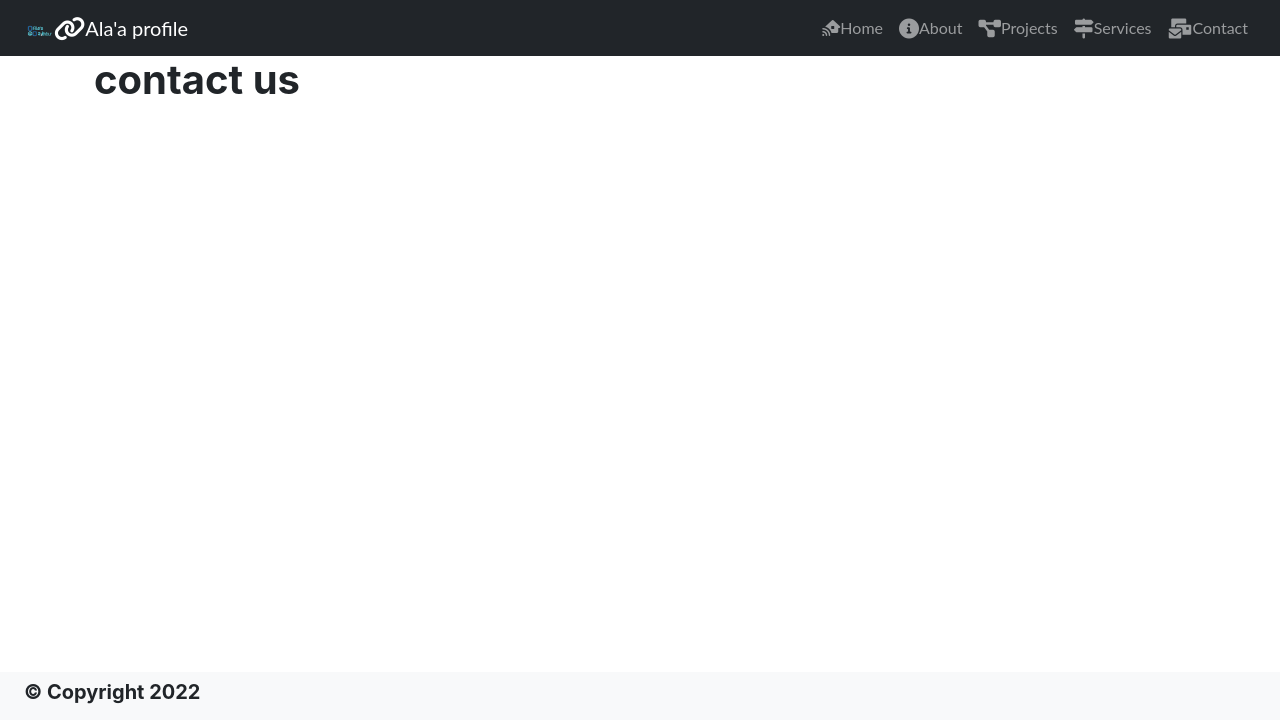
Repository: alaakhdour/heroukulivesite-section1
Page: http://localhost/contact
The author's editor kept a copy of each file at every save. The page is drawn from the files as they stood at one save, then again after the next save.
The browser window is 1280 px wide. The pictures show the whole page.
The page is served by the project's Node server (server.js).

Above is the page before, as saved 2022-06-17 08:21:53.

After the next save:
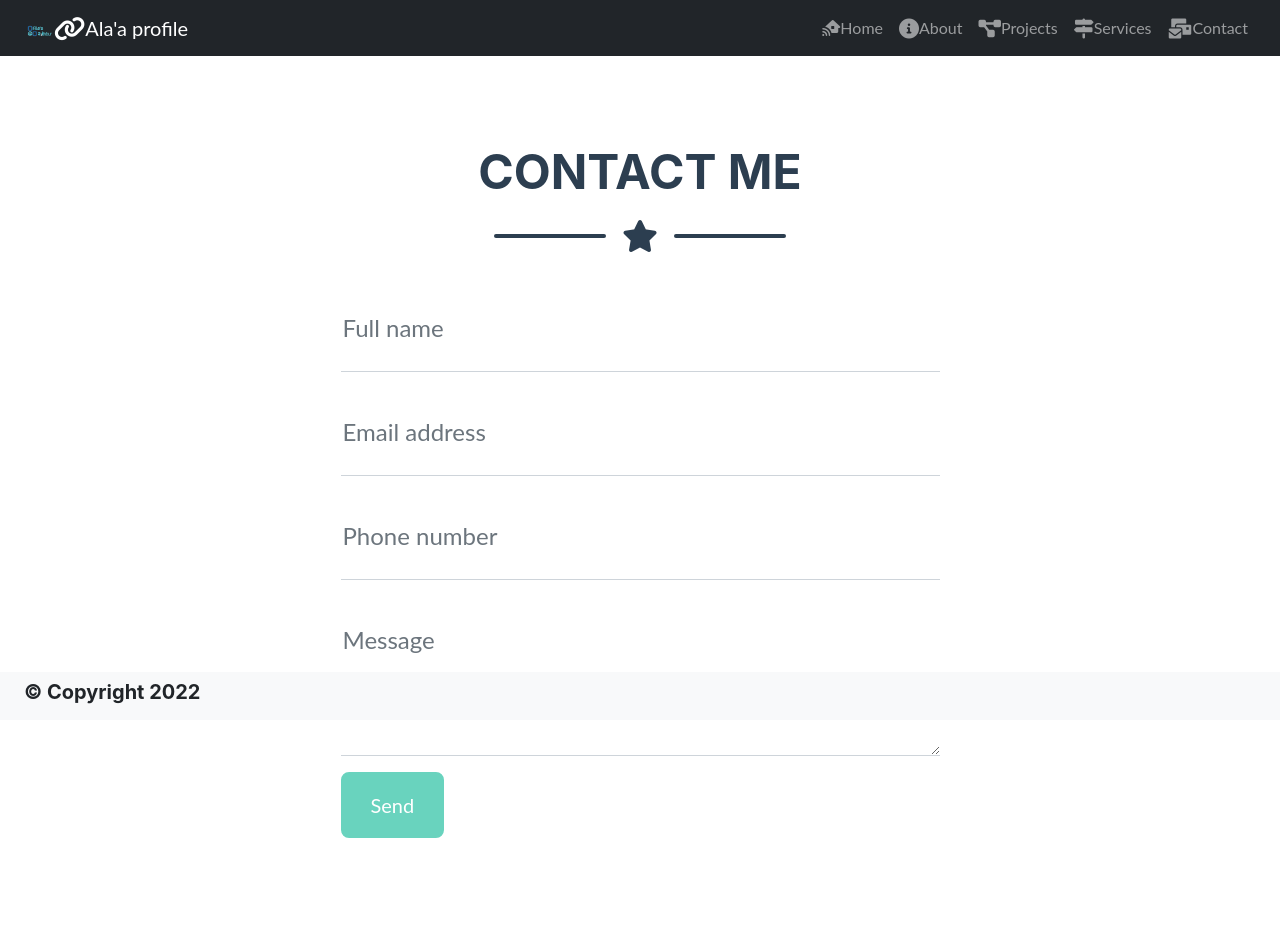
Saved 3 min 42 s later.
--- a/Server/Views/content/contact.ejs
+++ b/Server/Views/content/contact.ejs
@@ -1,3 +1,72 @@
 <div class="container">
-    <h1><%= title%></h1>
+    <section class="page-section" id="contact">
+        <div class="container">
+            <!-- Contact Section Heading-->
+            <h2 class="page-section-heading text-center text-uppercase text-secondary mb-0">Contact Me</h2>
+            <!-- Icon Divider-->
+            <div class="divider-custom">
+                <div class="divider-custom-line"></div>
+                <div class="divider-custom-icon"><i class="fas fa-star"></i></div>
+                <div class="divider-custom-line"></div>
+            </div>
+            <!-- Contact Section Form-->
+            <div class="row justify-content-center">
+                <div class="col-lg-8 col-xl-7">
+                    <!-- * * * * * * * * * * * * * * *-->
+                    <!-- * * SB Forms Contact Form * *-->
+                    <!-- * * * * * * * * * * * * * * *-->
+                    <!-- This form is pre-integrated with SB Forms.-->
+                    <!-- To make this form functional, sign up at-->
+                    <!-- https://startbootstrap.com/solution/contact-forms-->
+                    <!-- to get an API token!-->
+                    <form id="contactForm" data-sb-form-api-token="API_TOKEN">
+                        <!-- Name input-->
+                        <div class="form-floating mb-3">
+                            <input class="form-control" id="name" type="text" placeholder="Enter your name..." data-sb-validations="required" />
+                            <label for="name">Full name</label>
+                            <div class="invalid-feedback" data-sb-feedback="name:required">A name is required.</div>
+                        </div>
+                        <!-- Email address input-->
+                        <div class="form-floating mb-3">
+                            <input class="form-control" id="email" type="email" placeholder="name@example.com" data-sb-validations="required,email" />
+                            <label for="email">Email address</label>
+                            <div class="invalid-feedback" data-sb-feedback="email:required">An email is required.</div>
+                            <div class="invalid-feedback" data-sb-feedback="email:email">Email is not valid.</div>
+                        </div>
+                        <!-- Phone number input-->
+                        <div class="form-floating mb-3">
+                            <input class="form-control" id="phone" type="tel" placeholder="(123) 456-7890" data-sb-validations="required" />
+                            <label for="phone">Phone number</label>
+                            <div class="invalid-feedback" data-sb-feedback="phone:required">A phone number is required.</div>
+                        </div>
+                        <!-- Message input-->
+                        <div class="form-floating mb-3">
+                            <textarea class="form-control" id="message" type="text" placeholder="Enter your message here..." style="height: 10rem" data-sb-validations="required"></textarea>
+                            <label for="message">Message</label>
+                            <div class="invalid-feedback" data-sb-feedback="message:required">A message is required.</div>
+                        </div>
+                        <!-- Submit success message-->
+                        <!---->
+                        <!-- This is what your users will see when the form-->
+                        <!-- has successfully submitted-->
+                        <div class="d-none" id="submitSuccessMessage">
+                            <div class="text-center mb-3">
+                                <div class="fw-bolder">Form submission successful!</div>
+                                To activate this form, sign up at
+                                <br />
+                                <a href="https://startbootstrap.com/solution/contact-forms">https://startbootstrap.com/solution/contact-forms</a>
+                            </div>
+                        </div>
+                        <!-- Submit error message-->
+                        <!---->
+                        <!-- This is what your users will see when there is-->
+                        <!-- an error submitting the form-->
+                        <div class="d-none" id="submitErrorMessage"><div class="text-center text-danger mb-3">Error sending message!</div></div>
+                        <!-- Submit Button-->
+                        <button class="btn btn-primary btn-xl disabled" id="submitButton" type="submit">Send</button>
+                    </form>
+                </div>
+            </div>
+        </div>
+    </section>
 </div>
